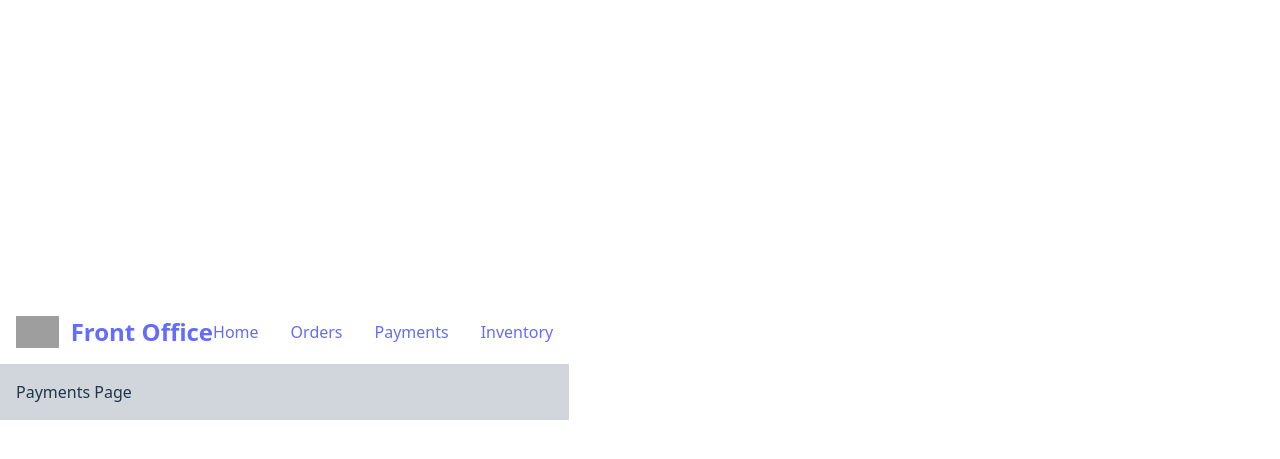
Repository: ib-entreprise/projet-micro-service
Page: /payments (app in front-office/)
The author's editor kept a copy of each file at every save. The page is drawn from the files as they stood at one save, then again after the next save.
The browser window is 1280 px wide. The pictures show the whole page.
Pictures or frames that could not be fetched are drawn as grey boxes. The project was rebuilt for these pictures with package versions that can differ from the ones it lists, and the page was loaded fresh each time. Also part of the build but not shown: front-office/vite.config.ts.

Above is the page before, as saved 2025-03-19 12:14:19.

### front-office/index.html
<!doctype html>
<html lang="en">
  <head>
    <meta charset="UTF-8" />
    <link rel="icon" type="image/svg+xml" href="/vite.svg" />
    <meta name="viewport" content="width=device-width, initial-scale=1.0" />
    <title>Vite + React + TS</title>
    <script src="https://cdn.jsdelivr.net/npm/@tailwindcss/browser@4"></script>

  </head>
  <body>
    <div id="root"></div>
    <script type="module" src="/src/main.tsx"></script>
  </body>
</html>

### front-office/src/App.tsx
import React from 'react';
import { BrowserRouter as Router, Routes, Route, Link } from 'react-router-dom';
import Nav from './components/nav';
function Home() {
  return <h2>Home Page</h2>;
}

function Orders() {
  return <h2>Orders Page</h2>;
}

function Payments() {
  return <h2>Payments Page</h2>;
}

function Inventory() {
  return <h2>Inventory Page</h2>;
}

function App() {
  return (
    <Router>
      <div className="bg-gray-300 w-full ">
        {/* Menu de navigation */}
          <Nav />

        {/* Contenu principal */}
        <main className="  p-4">
          <Routes>
            <Route path="/" element={<Home />} />
            <Route path="/orders" element={<Orders />} />
            <Route path="/payments" element={<Payments />} />
            <Route path="/inventory" element={<Inventory />} />
          </Routes>
        </main>
      </div>
    </Router>
  );
}

export default App;

### front-office/src/components/nav.tsx
export default function Nav() {
  return (
    <nav className="bg-white border-gray-200 dark:bg-gray-900">
  <div className="max-w-screen-xl flex flex-wrap items-center justify-between mx-auto p-4">
    <a href="/" className="flex items-center space-x-3 rtl:space-x-reverse">
      <img src="https://flowbite.com/docs/images/logo.svg" className="h-8" alt="Flowbite Logo" />
      <span className="self-center text-2xl font-semibold whitespace-nowrap dark:text-white">Front Office</span>
    </a>
    <button
      data-collapse-toggle="navbar-default"
      type="button"
      className="inline-flex items-center p-2 w-10 h-10 justify-center text-sm text-gray-500 rounded-lg md:hidden hover:bg-gray-100 focus:outline-none focus:ring-2 focus:ring-gray-200 dark:text-gray-400 dark:hover:bg-gray-700 dark:focus:ring-gray-600"
      aria-controls="navbar-default"
      aria-expanded="false"
    >
      <span className="sr-only">Open main menu</span>
      <svg
        className="w-5 h-5"
        aria-hidden="true"
        xmlns="http://www.w3.org/2000/svg"
        fill="none"
        viewBox="0 0 17 14"
      >
        <path
          stroke="currentColor"
          strokeLinecap="round"
          strokeLinejoin="round"
          strokeWidth="2"
          d="M1 1h15M1 7h15M1 13h15"
        />
      </svg>
    </button>
    <div className="hidden w-full md:block md:w-auto" id="navbar-default">
      <ul className="font-medium flex flex-col p-4 md:p-0 mt-4 border border-gray-100 rounded-lg bg-gray-50 md:flex-row md:space-x-8 rtl:space-x-reverse md:mt-0 md:border-0 md:bg-white dark:bg-gray-800 md:dark:bg-gray-900 dark:border-gray-700">
        <li>
          <a
            href="/"
            className="block py-2 px-3 text-white bg-blue-700 rounded-sm md:bg-transparent md:text-blue-700 md:p-0 dark:text-white md:dark:text-blue-500"
            aria-current="page"
          >
            Home
          </a>
        </li>
        <li>
          <a
            href="/orders"
            className="block py-2 px-3 text-gray-900 rounded-sm hover:bg-gray-100 md:hover:bg-transparent md:border-0 md:hover:text-blue-700 md:p-0 dark:text-white md:dark:hover:text-blue-500 dark:hover:bg-gray-700 dark:hover:text-white md:dark:hover:bg-transparent"
          >
            Orders
          </a>
        </li>
        <li>
          <a
            href="/payments"
            className="block py-2 px-3 text-gray-900 rounded-sm hover:bg-gray-100 md:hover:bg-transparent md:border-0 md:hover:text-blue-700 md:p-0 dark:text-white md:dark:hover:text-blue-500 dark:hover:bg-gray-700 dark:hover:text-white md:dark:hover:bg-transparent"
          >
            Payments
          </a>
        </li>
        <li>
          <a
            href="/inventory"
            className="block py-2 px-3 text-gray-900 rounded-sm hover:bg-gray-100 md:hover:bg-transparent md:border-0 md:hover:text-blue-700 md:p-0 dark:text-white md:dark:hover:text-blue-500 dark:hover:bg-gray-700 dark:hover:text-white md:dark:hover:bg-transparent"
          >
            Inventory
          </a>
        </li>
      </ul>
    </div>
  </div>
</nav>
  );
}

Loaded but not shown: front-office/src/main.tsx (common file); front-office/src/index.css (common file)

After the next save:
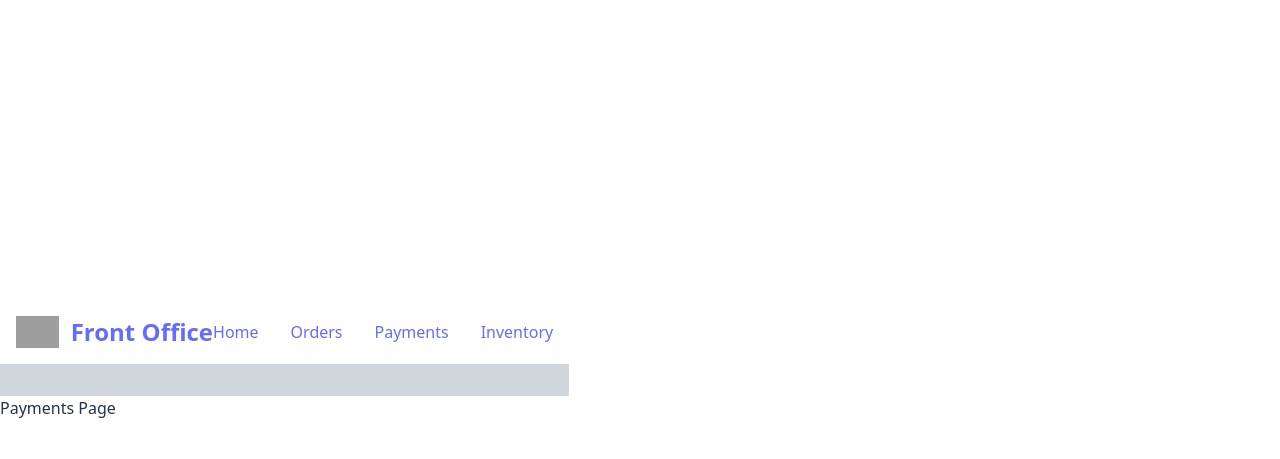
Saved 15 s later.
--- a/front-office/src/App.tsx
+++ b/front-office/src/App.tsx
@@ -26,14 +26,15 @@ function App() {
 
         {/* Contenu principal */}
         <main className="  p-4">
-          <Routes>
+
+        </main>
+      </div>
+      <Routes>
             <Route path="/" element={<Home />} />
             <Route path="/orders" element={<Orders />} />
             <Route path="/payments" element={<Payments />} />
             <Route path="/inventory" element={<Inventory />} />
           </Routes>
-        </main>
-      </div>
     </Router>
   );
 }
